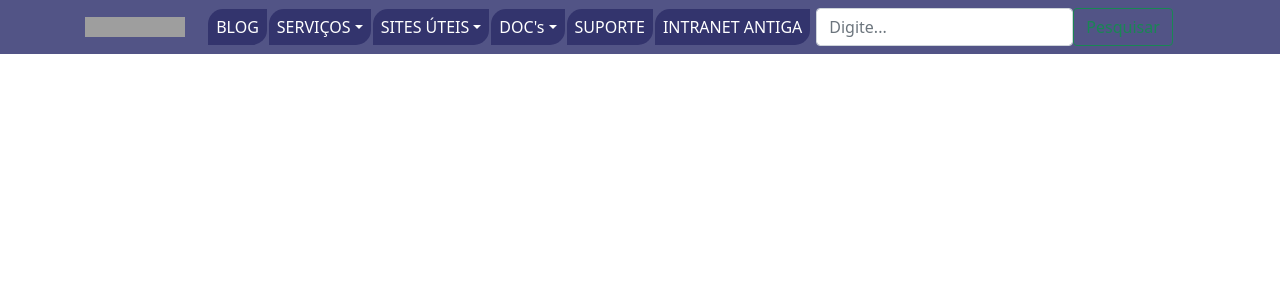
Repository: Leandromarim/INTRANET_PARTICULAR
Page: header.html
The author's editor kept a copy of each file at every save. The page is drawn from the files as they stood at one save, then again after the next save.
The browser window is 1280 px wide. The pictures show the whole page.
Pictures or frames that could not be fetched are drawn as grey boxes.

Above is the page before, as saved 2021-12-14 10:52:09.

### header.html
<head>
    <meta charset="UTF-8">
    <meta http-equiv="X-UA-Compatible" content="IE=edge" />
    <meta name="viewport" content="width=device-width, initial-scale=1.0" />
    <link rel="stylesheet" href="./assets/css/bootstrap-grid.css" />
    <link rel="stylesheet" href="./assets/css/bootstrap-grid.min.css" />
    <link rel="stylesheet" href="./assets/css/bootstrap.css" />
    <link rel="stylesheet" href="./assets/css/bootstrap.css" />
    <link rel="stylesheet" href="./assets/css/header.css" />
    <link rel="icon" href="./image/ico/ico_ha.ico" />
    <title>Intranet 2.0</title>
</head>
<nav class="navbar navbar-expand-lg navbar-dark bg navbar" aria-label="Tenth navbar example">
    <div class="container-fluid">
        <button class="navbar-toggler" type="button" data-bs-toggle="collapse" data-bs-target="#navbarsExample08" aria-controls="navbarsExample08" aria-expanded="false" aria-label="Toggle navigation">
        <span class="navbar-toggler-icon"></span>
        </button>
        <section class="collapse navbar-collapse justify-content-center secao-navbar" id="navbarsExample08">
            <section class="container-logo">
                <a href="index.html"><img class="logo" src="image/logo/Marca_horizontal_branca_fundo_transparente.png" href="index.html"></a>
            </section>
            <ul class="navbar-nav">

                <li class="nav-item">
                    <a class="nav-link active button" href="blog.html">BLOG</a>
                </li>
                <li class="nav-item dropdown">
                    <a class="nav-link dropdown-toggle active button" href="#" id="dropdown08" data-bs-toggle="dropdown" aria-expanded="false">SERVIÇOS</a>
                    <ul class="dropdown-menu" aria-labelledby="dropdown08">
                        <li><a class="dropdown-item item-link-nav" target="_self" href="">AVISO DE CIRURGIAS</a></li>
                        <li><a class="dropdown-item item-link-nav" target="_self" href="termos/cod_procedimento_amb.pdf">CÓDIGOS DE PROCEDIMENTOS AMBULATORIAIS</a></li>
                        <li><a class="dropdown-item item-link-nav" target="_self" href="termos/cod_procedimento_exame.pdf">CÓDIGOS DE PROCEDIMENTOS (EXAMES)</a></li>
                        <li><a class="dropdown-item item-link-nav" target="_self" href="termos/checklist_cirurgia.pdf">CHECK LIST DE SEGURANÇA CIRÚRGICA</a></li>
                        <li><a class="dropdown-item item-link-nav" target="_self" href="#">E-MAILS INSTITUCIONAIS</a></li>
                        <li><a class="dropdown-item item-link-nav" target="_self" href="termos/MD_03_RECP-Normas_institucionais.pdf">NORMAS INSTITUCIONAIS</a></li>
                        <li><a class="dropdown-item item-link-nav" target="_self" href="termos/recep_rm_ipasgo.pdf">RM - IPASGO</a></li>
                        <li><a class="dropdown-item item-link-nav" target="_self" href="termos/recep_tc_ipasgo.pdf">TC - IPASGO</a></li>
                        <li><a class="dropdown-item item-link-nav" target="_self" href="termos/recep_us_ipasgo.pdf">US - IPASGO</a></li>
                        <li><a class="dropdown-item item-link-nav" target="_self" href="termos/recep_rm_unimed.pdf">RM - UNIMED</a></li>
                        <li><a class="dropdown-item item-link-nav" target="_self" href="termos/recep_tc_unimed.pdf">TC - UNIMED</a></li>
                        <li><a class="dropdown-item item-link-nav" target="_self" href="termos/recep_us_unimed.pdf">US - UNIMED</a></li>
                        <li><a class="dropdown-item item-link-nav" target="_self" href="termos/termo_apt_para_apt.docx">TERMO DE APTO PARA APTO</a></li>
                        <li><a class="dropdown-item item-link-nav" target="_self" href="termos/termo_enf_para_apt.docx">TERMO DE ENF PARA APTO</a></li>
                        <li><a class="dropdown-item item-link-nav" target="_self" href="termos/termo-leito-uti.pdf">TERMO LEITO UTI</a></li>
                        <li><a class="dropdown-item item-link-nav" target="_blank" href="http://192.168.0.186/users/sign_in">TGA (SENHAS)</a></li>
                        <li><a class="dropdown-item item-link-nav" target="_self" href="#">SENHAS DE PLANOS DE SAÚDE</a></li>
                    </ul>
                </li>
                <li class="nav-item dropdown">
                    <a class="nav-link dropdown-toggle active button" href="#" id="dropdown08" data-bs-toggle="dropdown" aria-expanded="false">SITES ÚTEIS</a>
                    <ul class="dropdown-menu" aria-labelledby="dropdown08">
                        <li><a class="dropdown-item item-link-nav" target="_blank" href="https://health-analytics.ncisaude.com.br/">AHPACEG</a></li>
                        <li><a class="dropdown-item item-link-nav" href="covid19.html">COVID-19</a></li>
                        <li><a class="dropdown-item item-link-nav" target="_blank" href="https://secure.epimedmonitor.com/Login.aspx">EPIMED</a></li>
                        <li><a class="dropdown-item item-link-nav" target="_blank" href="https://www.pulsesaude.com.br/Autenticacao/Index?ReturnUrl=%2fDashboard">INGOH</a></li>
                        <li><a class="dropdown-item item-link-nav" target="_blank" href="https://mail.google.com/a/hospitaldeacidentados.com.br">GMAIL</a></li>
                        <li><a class="dropdown-item item-link-nav" target="_blank" href="http://www.goiania.go.gov.br/nfse/">NOTA FISCAL</a></li>
                        <li><a class="dropdown-item item-link-nav" target="_blank" href="https://orbis.neovero.com/login">ORBIS</a></li>
                        <li><a class="dropdown-item item-link-nav" target="_blank" href="https://regulacao.unimedgoiania.coop.br/#!/login">REGULAÇÃO MÉDICA</a></li>
                        <li><a class="dropdown-item item-link-nav" target="_blank" href="http://www.affegosaude.com.br:1515/affegosaude/solusweb_temp/prestador/index.php">AFFEGO SAÚDE</a></li>
                        <li><a class="dropdown-item item-link-nav" target="_blank" href="https://www.amil.com.br/institucional/#/">AMIL</a></li>
                        <li><a class="dropdown-item item-link-nav" target="_blank" href="https://www.bradescoseguros.com.br/clientes/produtos/plano-saude">BRADESCO SAÚDE</a></li>
                        <li><a class="dropdown-item item-link-nav" target="_blank" href="https://www.cassi.com.br/index.php?option=com_content&view=featured&Itemid=505">CASSI</a></li>
                        <li><a class="dropdown-item item-link-nav" target="_blank" href="https://portal.saudevivacom.com.br/as-vivacom/pp/">CELGMED</a></li>
                        <li><a class="dropdown-item item-link-nav" target="_blank" href="https://www.hapvida.com.br/pls/webhap/webNewProducaoMedica.Login">HAPVIDA</a></li>
                        <li><a class="dropdown-item item-link-nav" target="_blank" href="http://portalsistemas.ipasgo.go.gov.br/SAAT/login.asp">IPASGO PRESTADOR</a></li>
                        <li><a class="dropdown-item item-link-nav" target="_blank" href="http://www.ipasgo.go.gov.br">IPASGO SITE</a></li>
                        <li><a class="dropdown-item item-link-nav" target="_blank" href="http://portalsistemas.ipasgo.go.gov.br/GuiasNet/login.asp">IPASGO CLIENTE</a></li>
                        <li><a class="dropdown-item item-link-nav" target="_blank" href="https://portalsistemas.ipasgo.go.gov.br/saat/auditor/consulta_tipoprocedimento.asp">IPASGO CONSULTA DE PROCEDIMENTO</a></li>
                        <li><a class="dropdown-item item-link-nav" target="_blank" href="https://autorizador.unimedgoiania.coop.br/">UNIMED - AUTORIZADOR (COOP)</a></li>
                        <li><a class="dropdown-item item-link-nav" target="_blank" href="http://agendaonline.unimedgoiania.coop.br/GUI/PrincipalAOL.aspx">UNIMED AGENDA</a></li>
                        <li><a class="dropdown-item item-link-nav" target="_blank" href="https://saude.caixa.gov.br/AutorizadorPRD/login.aspx">SAÚDE CAIXA</a></li>
                        <li><a class="dropdown-item item-link-nav" target="_blank" href="https://autorizador.postalsaudeservicos.com.br/autorizadorpro/login.aspx">POSTAL SAÚDE (CORREIOS)</a></li>
                        <li><a class="dropdown-item item-link-nav" target="_blank" href="https://autorizador.postalsaudeservicos.com.br/autorizadorpro/login.aspx">SAÚDE PORTOMED (ITAÚ)</a></li>
                        <li><a class="dropdown-item item-link-nav" target="_blank" href="https://www.orizonbrasil.com.br/">ORIZON</a></li>
                    </ul>
                </li>
                <li class="nav-item dropdown">
                    <a class="nav-link dropdown-toggle active button" href="#" id="dropdown08" data-bs-toggle="dropdown" aria-expanded="false">DOC's</a>
                    <ul class="dropdown-menu" aria-labelledby="dropdown08">
                        <li><a class="dropdown-item item-link-nav" href="covid19.html">COVID-19</a></li>
                        <li><a class="dropdown-item item-link-nav" href="dex.html">DEX</a></li>
                        <li><a class="dropdown-item item-link-nav" href="dos.html">DOS</a></li>
                        <li><a class="dropdown-item item-link-nav" href="md.html">MD</a></li>
                        <li><a class="dropdown-item item-link-nav" href="pop.html">POP</a></li>
                        <li><a class="dropdown-item item-link-nav" href="reg.html">REG</a></li>
                    </ul>
                </li>
                <li class="nav-item">
                    <a class="nav-link active button" href="#">SUPORTE</a>
                </li>
                <li class="nav-item">
                    <a class="nav-link active button" href="intranet_antiga/intranet.hospitaldeacidentados.com.br/">INTRANET ANTIGA</a>
                </li>
                <form class="d-flex">
                    <input class="form-control mr-sm-2" type="search" placeholder="Digite..." aria-label="Search">
                    <button class="btn btn-outline-success button-pesquisar" type="submit">Pesquisar</button>
                </form>
            </ul>
        </section>
    </div>
</nav>

### assets/css/header.css
nav.navbar {
    background-color: #525486;
    width: 100%;
    height: auto;
}

nav .button {
    background-color: #272863b7;
    border-radius: 15px 0 15px 0;
    padding: 6px;
    margin: 1px;
}

.container-logo {
    position: relative;
    display: flex;
    width: 100px;
    height: 20px;
    align-items: center;
    align-content: center;
    justify-content: center;
    justify-items: center;
    right: 150px;
}

section img.logo {
    position: relative;
    display: flex;
    height: 20px;
    width: 100px;
    left: 8rem;
}

nav div.secao-navbar {
    width: 100%;
    height: auto;
    justify-content: center;
    justify-items: center;
    align-items: center;
    align-content: center;
}

a.item-link-nav {
    display: flex;
    position: relative;
    justify-items: center;
    justify-content: center;
    align-items: center;
    align-content: center;
    color: #525486;
    background-color: #fff;
    padding: 5px;
    border-radius: 10px 0 10px 0;
}

a.item-link-nav:hover {
    color: #fff;
    background-color: #525486;
}

nav ul li a:hover {
    background-color: rgba(255, 255, 255, 0.404);
    color: black;
}

nav ul li a {
    position: relative;
    display: flex;
    align-items: center;
    align-content: center;
    justify-content: center;
    justify-items: center;
}

.d-flex {
    margin: 0 0 0 5px;
}

Loaded but not shown: assets/css/bootstrap-grid.css (library); assets/css/bootstrap-grid.min.css (library); assets/css/bootstrap.css (library)

After the next save:
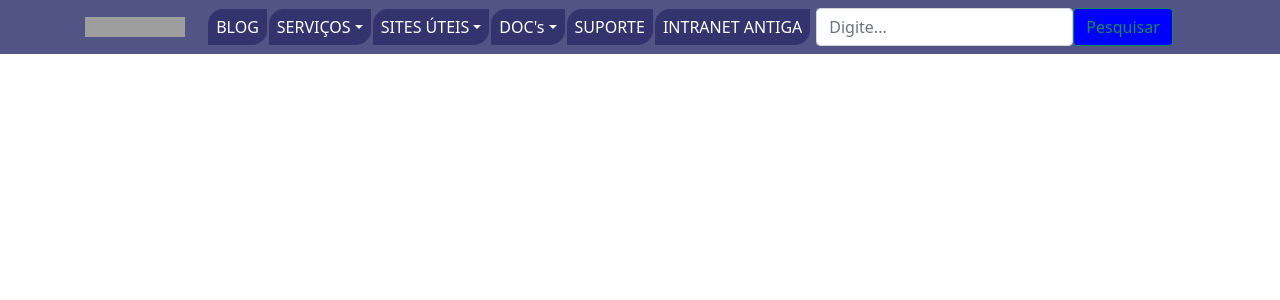
Saved 25 s later.
--- a/assets/css/header.css
+++ b/assets/css/header.css
@@ -75,3 +75,7 @@ nav ul li a {
 .d-flex {
     margin: 0 0 0 5px;
 }
+
+.button-pesquisar{
+    background-color: blue;
+}
